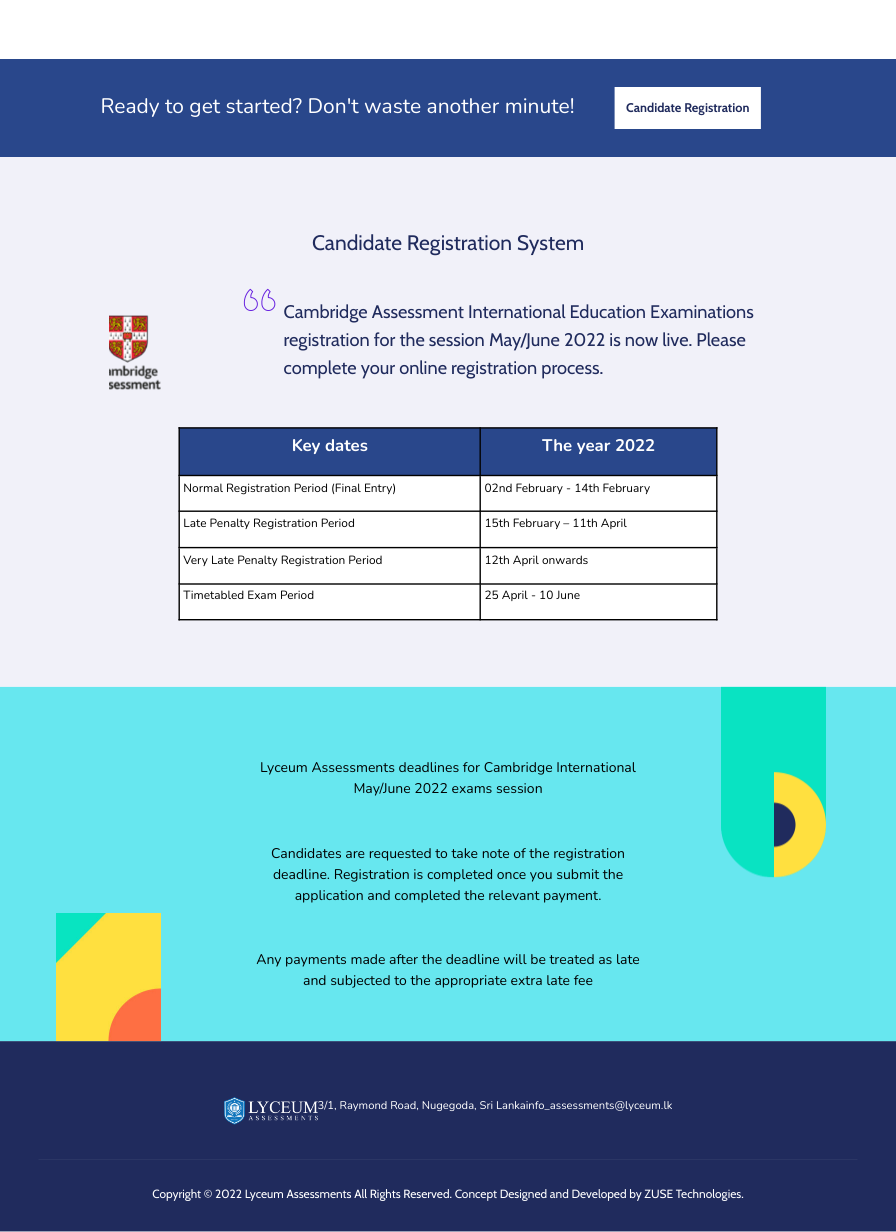
Repository: AXUSLK/LyceumAssessments-HTML
Page: index.html
An editor plug-in stored every save of this project. The page is shown before and after the next save, followed by the edit.
The browser window is 1280 px wide. The pictures show the part of the page from y = 2715 to 4635 px (the page is 4475 px tall before and 4635 px after), at 70% of full size.
Backgrounds fixed to the window are drawn as part of the page. Some web libraries are served in a nearby version.

Above is the page before, as saved 2022-01-31 15:18:52.

After the next save:
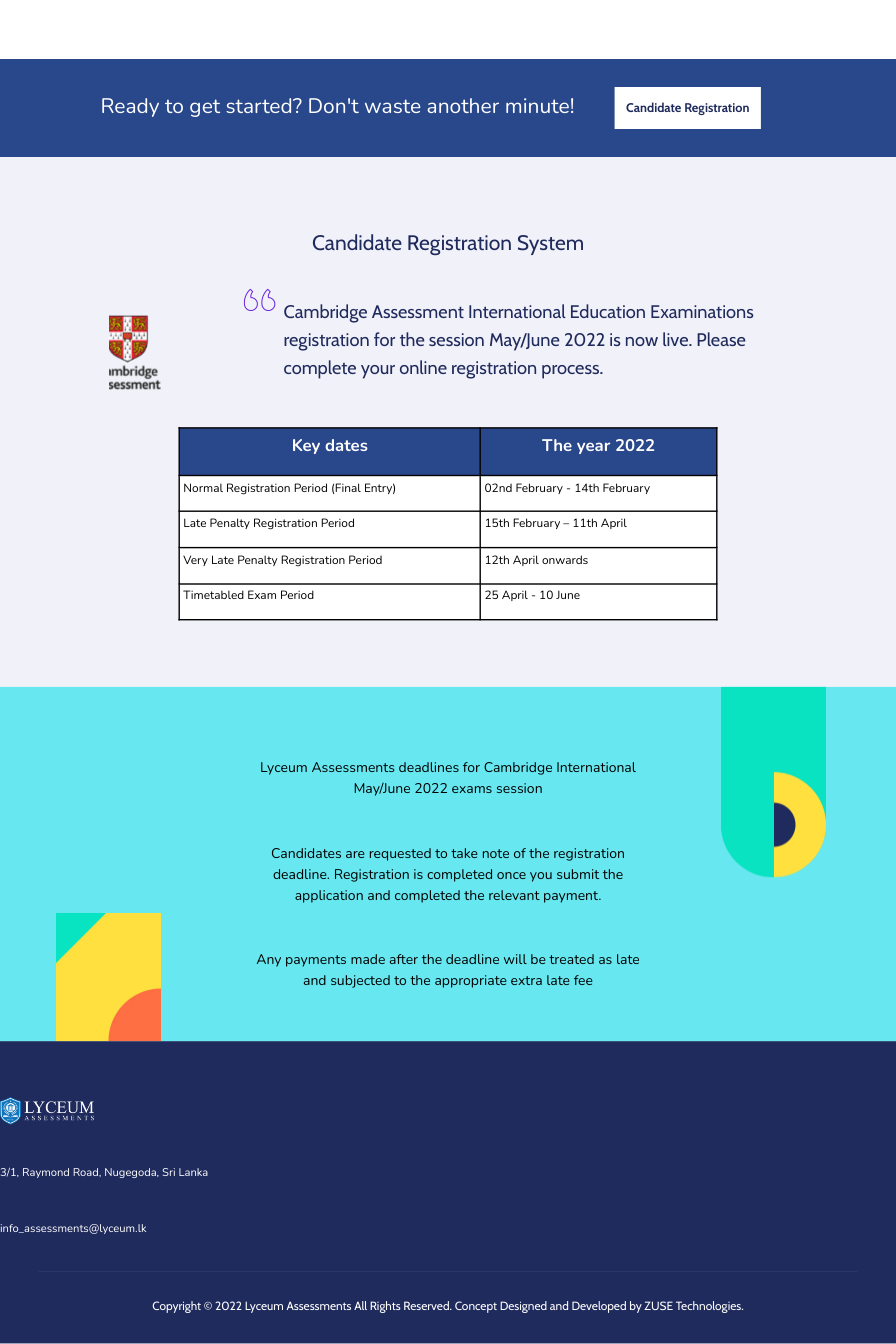
Saved 10 s later.
--- a/index.html
+++ b/index.html
@@ -484,7 +484,7 @@
 			<!-- footerAside -->
 			<aside id="scrollToContact"
 				class="footerAside pt-20 pt-md-10 pt-lg-16 pb-1 pb-md-4 position-relative text-center text-sm-left">
-				<div style="display:flex; justify-content: center; align-content: center;">
+				<div style="">
 					<!-- ftLogo -->
 					<div class="ftLogo mb-6 mx-auto mx-md-0">
 						<a href="javascript:void(0);">
